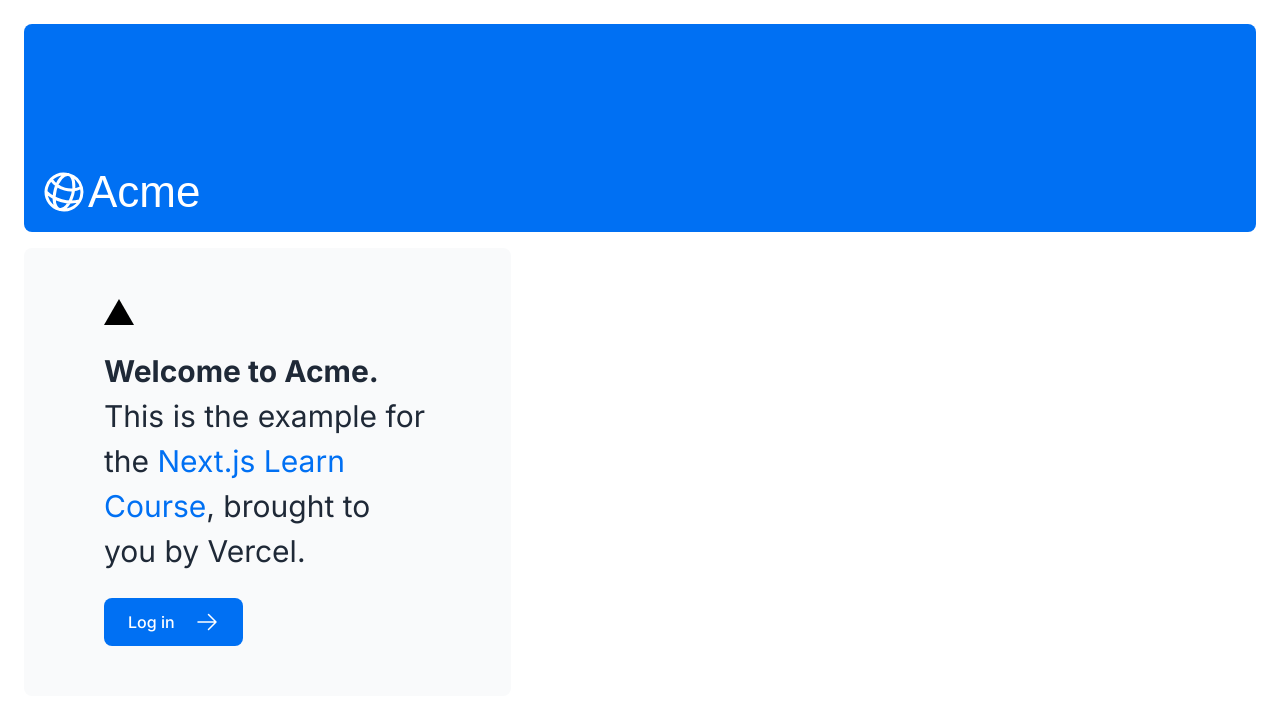
Repository: mabrinasueller/nextJS
Page: /
The author's editor kept a copy of each file at every save. The page is drawn from the files as they stood at one save, then again after the next save.
The browser window is 1280 px wide. The pictures show the whole page.
Some web fonts or font styles are not loaded; a fallback is used. The project was rebuilt for these pictures with package versions that can differ from the ones it lists, and the page was loaded fresh each time. The framework's server and built-in components were replaced by stand-ins that run in the browser. Also part of the build but not shown: next.config.ts.

Above is the page before, as saved 2025-04-09 18:27:18.

After the next save:
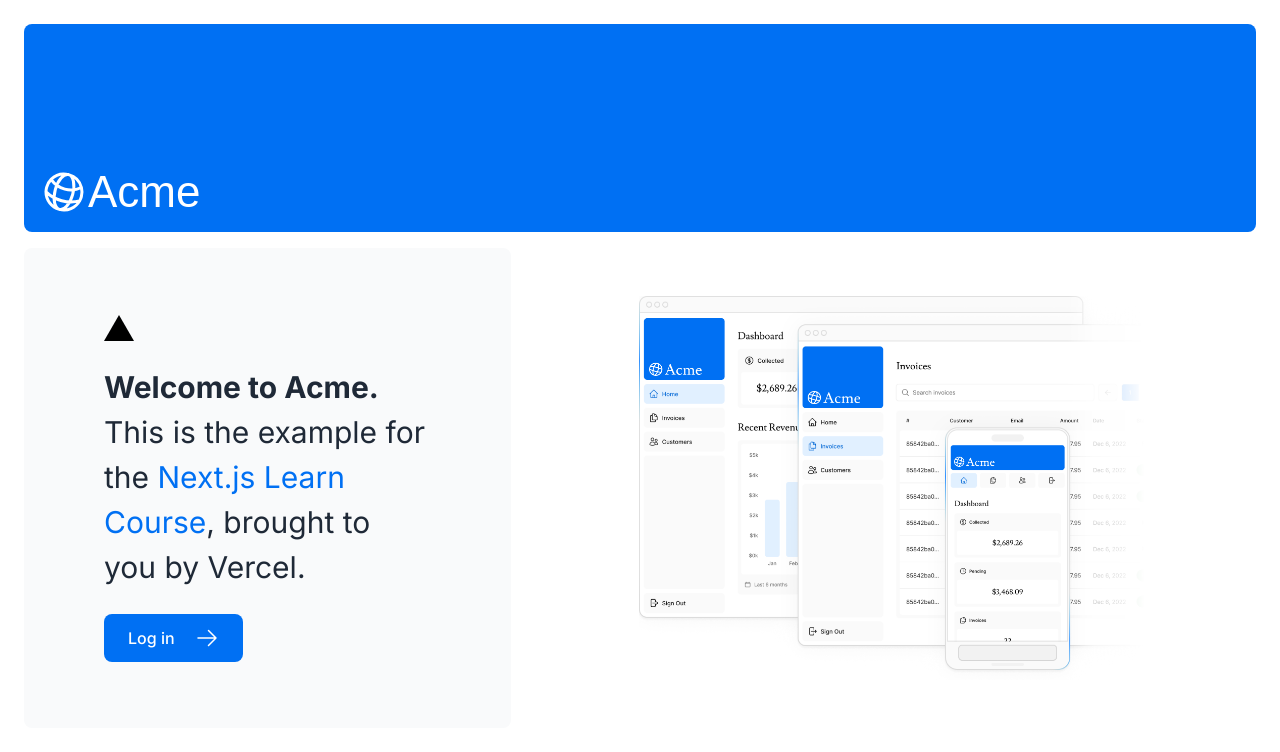
Saved 81 s later.
--- a/app/page.tsx
+++ b/app/page.tsx
@@ -35,7 +35,13 @@
                     </Link>
                 </div>
                 <div className='flex items-center justify-center p-6 md:w-3/5 md:px-28 md:py-12'>
-                    {/* Add Hero Images Here */}
+                    <Image
+                        src='/hero-desktop.png'
+                        width={1000}
+                        height={760}
+                        className='hidden md:block'
+                        alt='Screenshots of the dashboard project showing desktop version'
+                    />
                 </div>
             </div>
         </main>
